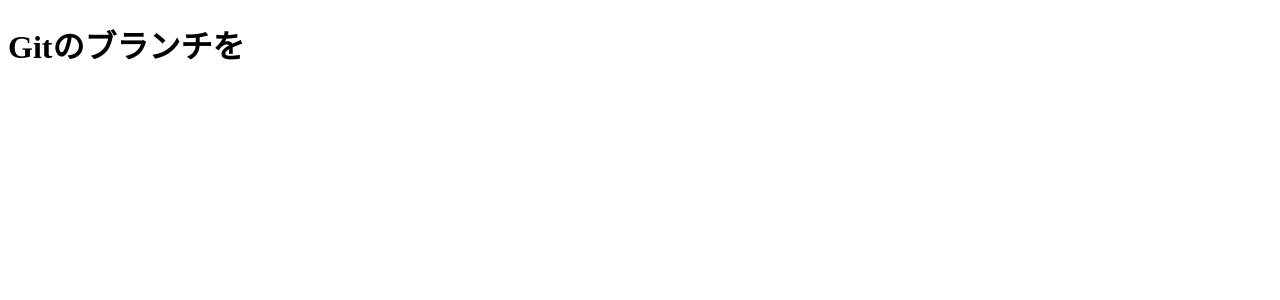
Repository: hiki-minori/git-study
Page: index.html
The author's editor kept a copy of each file at every save. The page is drawn from the files as they stood at one save, then again after a run of saves.
The browser window is 1280 px wide. The pictures show the whole page.

Above is the page before, as saved 2022-06-22 09:33:31.

After the next 2 saves:
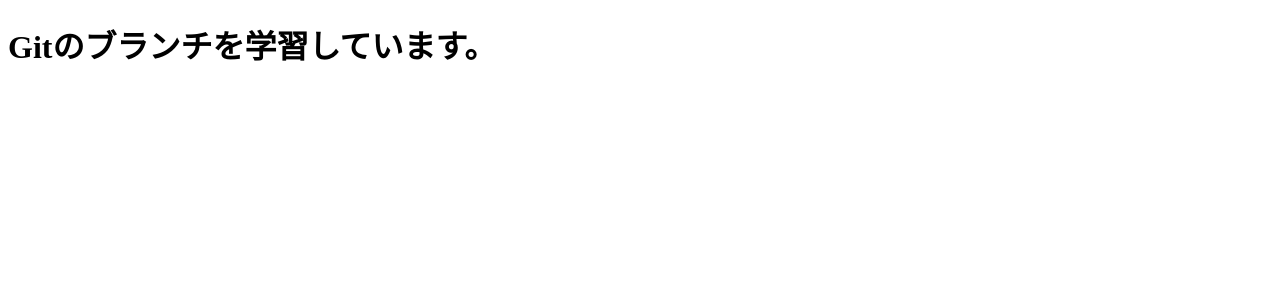
The 2 saves are shown as one change because they came seconds apart.
The last was saved 8 s later.
--- a/index.html
+++ b/index.html
@@ -7,7 +7,7 @@
   <title>Gitの勉強</title>
 </head>
 <body>
-  <h1>Gitのブランチを
+  <h1>Gitのブランチを学習しています。
   </h1>
 </body>
 </html>
